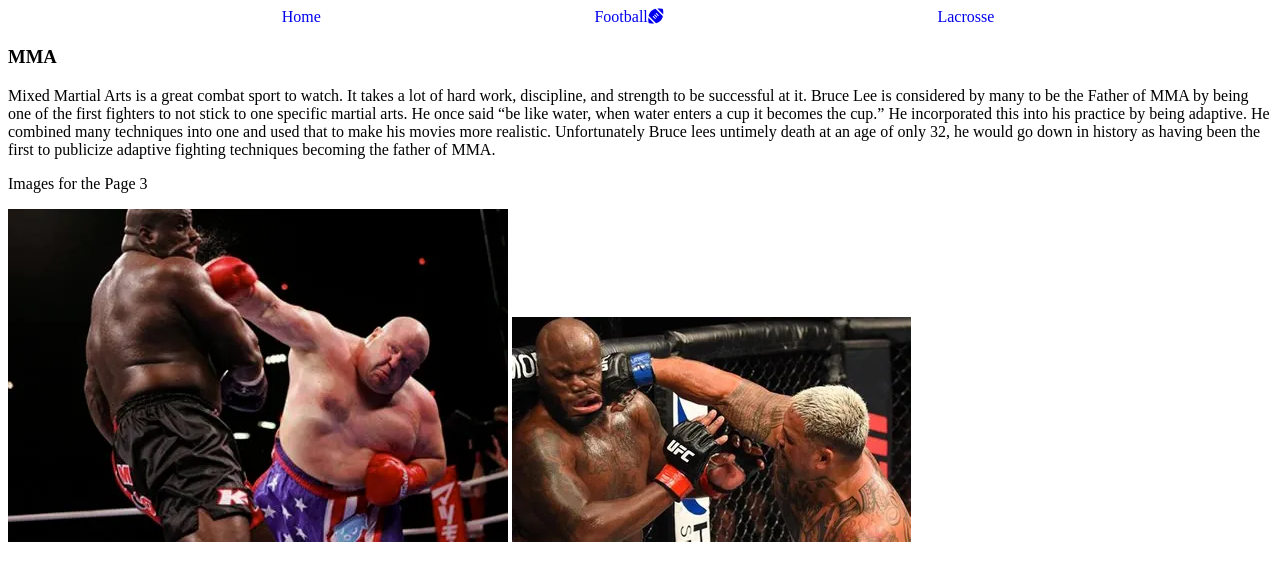
Repository: nak97/personal-site
Page: mma.html
An editor plug-in stored every save of this project. The page is shown before and after the next save, followed by the edit.
The browser window is 1280 px wide. The pictures show the whole page.
Some icons come from a web library that is not loaded, so they are not drawn. Some web libraries are served in a nearby version.

Above is the page before, as saved 2023-03-17 11:01:34.

### mma.html
<!DOCTYPE html>
<html lang="en">
<head>
  <meta charset="UTF-8">
  <meta http-equiv="X-UA-Compatible" content="IE=edge">
  <meta name="viewport" content="width=device-width, initial-scale=1.0">
  <title>MMA</title>
  <link rel="stylesheet" href="personal-site.css">
  <script src="https://kit.fontawesome.com/615002bc5f.js" crossorigin="anonymous"></script>
</head>
<body>
  <nav>
    <a href="index.html" target="_blank">Home</a>
    <a href="football.html" target="_blank">Football<i class="fa-solid fa-football"></i></a>
    <a href="lacrosse.html" target="_blank">Lacrosse <i class="fa-solid fa-lacrosse-stick-ball"></i></a>
  </nav>
  <h3>MMA</h3>
      <p>
        Mixed Martial Arts is a great combat sport to watch. It takes a lot of hard work, discipline, and strength to be successful at it. Bruce Lee is considered by many to be the Father of MMA by being one of the
        first fighters to not stick to one specific martial arts. He once said “be like water, when water enters a cup it becomes the cup.” He incorporated this into his practice by being adaptive. He combined many techniques into one and
        used that to make his movies more realistic. Unfortunately Bruce lees untimely death at an age of only 32, he would go down in history as having been the first to publicize adaptive fighting techniques becoming the father of MMA.
      </p>
      <p>Images for the Page 3</p>
      <img src="./images/butterbean1.webp" alt="image for page">
      <img src="./images/hit-to-face.webp" alt="image for page">
</body>
</html>

### personal-site.css
.container {display: grid;}

a{text-decoration: none;}

nav{
  display: flex;
  justify-content: space-evenly;
  margin-bottom: 20px;
}

.lacrosse h3 {text-align: center;}

.lacrosse { margin-top: 20px;}

.Laxvideos{
  margin-top: 20px;
  display: flex;
  justify-content: space-evenly;
  text-align: center;
}

.rules{margin-top: 20px;}

.rules h3 {text-align: center;}

.images {
  display: flex;
  justify-content: space-between;
  padding-top: 54px;
}

.img1{margin-left: 105px;}

.img1 p{text-align: center; }

.img2{margin-left: 312px;}

.img2 p{
  text-align: center;
  margin-right: 70px;
}

.img-1{margin-left: 40px;}

.img-2{margin-left: 84px;}

footer{
margin-top: 30px;
text-align: center;}

After the next save:
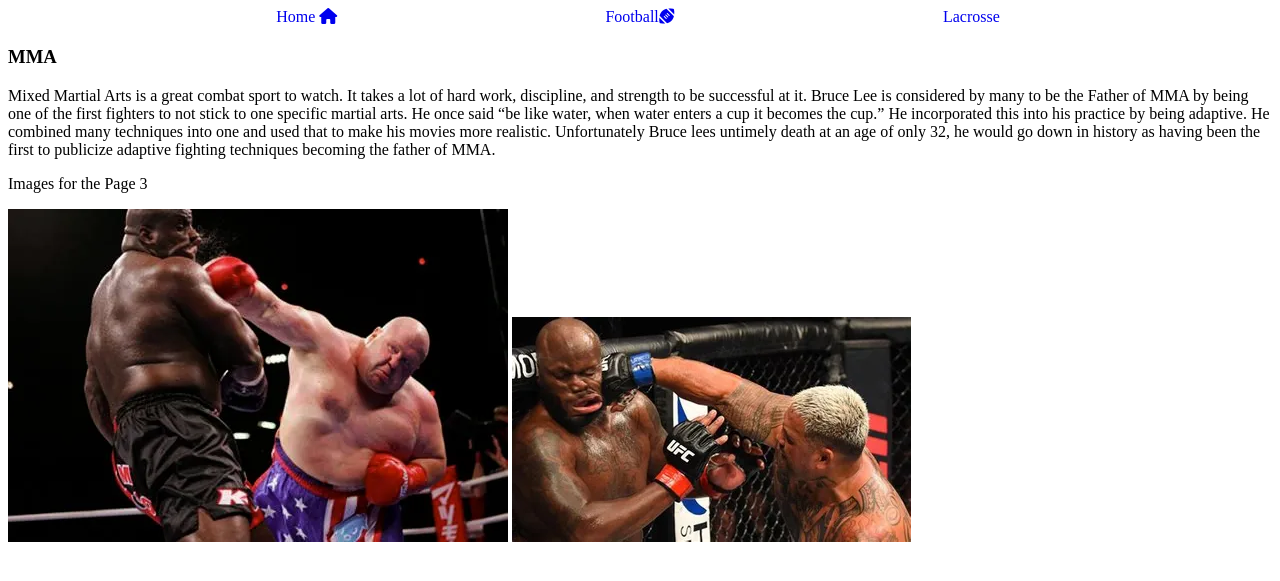
Saved 5 s later.
--- a/mma.html
+++ b/mma.html
@@ -10,7 +10,7 @@
 </head>
 <body>
   <nav>
-    <a href="index.html" target="_blank">Home</a>
+    <a href="index.html" target="_blank">Home <i class="fa-solid fa-house"></i></a>
     <a href="football.html" target="_blank">Football<i class="fa-solid fa-football"></i></a>
     <a href="lacrosse.html" target="_blank">Lacrosse <i class="fa-solid fa-lacrosse-stick-ball"></i></a>
   </nav>
